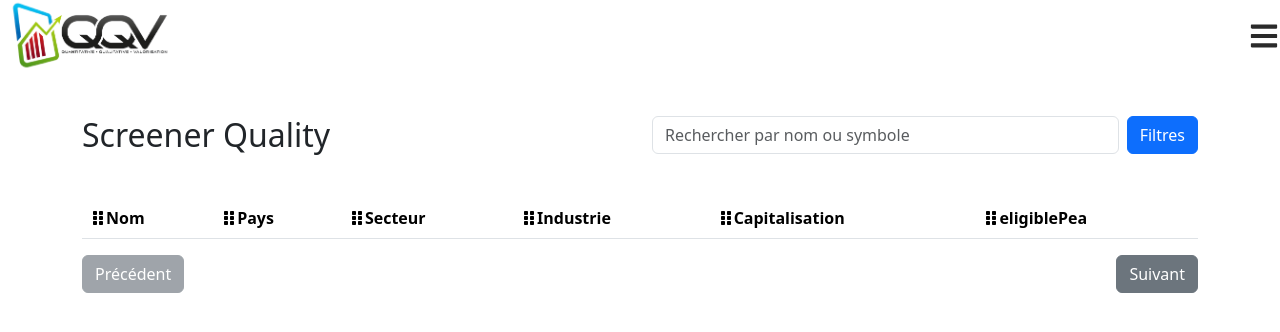
Repository: adamaadev/comeup
Page: / (app in admin/)
The author's editor kept a copy of each file at every save. The page is drawn from the files as they stood at one save, then again after the next save.
The browser window is 1280 px wide. The pictures show the whole page.
The page's requests for data from a server got no answer. The project was rebuilt for these pictures with package versions that can differ from the ones it lists, and the page was loaded fresh each time. No one was signed in, and anything a server would have sent is missing. Also part of the build but not shown: admin/src/pages/Auth/Login.js, admin/src/pages/Home/Watchlist.js, admin/src/pages/Home/Prix.js, admin/src/pages/Home/Douve.js, admin/src/pages/Home/Scenario.js, admin/src/pages/Services/Questions.js, admin/src/pages/Home/Analyse.js, admin/src/pages/Home/Foire.js and 9 more.

Above is the page before, as saved 2024-09-09 18:46:25.

### admin/public/index.html
<!DOCTYPE html>
<html lang="en">
  <head>
    <meta charset="utf-8" />
    <link rel="icon" href="%PUBLIC_URL%/favicon.ico" />
    <meta name="viewport" content="width=device-width, initial-scale=1" />
    <meta name="theme-color" content="#000000" />
    <meta
      name="description"
      content="Web site created using create-react-app"
    />
    <link rel="apple-touch-icon" href="%PUBLIC_URL%/logo192.png" />
    <link href='https://cdn.jsdelivr.net/npm/boxicons@2.0.9/css/boxicons.min.css' rel='stylesheet'>

    <!--
      manifest.json provides metadata used when your web app is installed on a
      user's mobile device or desktop. See https://developers.google.com/web/fundamentals/web-app-manifest/
    -->
    <link rel="manifest" href="%PUBLIC_URL%/manifest.json" />
    <!--
      Notice the use of %PUBLIC_URL% in the tags above.
      It will be replaced with the URL of the `public` folder during the build.
      Only files inside the `public` folder can be referenced from the HTML.

      Unlike "/favicon.ico" or "favicon.ico", "%PUBLIC_URL%/favicon.ico" will
      work correctly both with client-side routing and a non-root public URL.
      Learn how to configure a non-root public URL by running `npm run build`.
    -->
    <title>React App</title>
  </head>
  <body>
    <noscript>You need to enable JavaScript to run this app.</noscript>
    <div id="root"></div>
    <!--
      This HTML file is a template.
      If you open it directly in the browser, you will see an empty page.

      You can add webfonts, meta tags, or analytics to this file.
      The build step will place the bundled scripts into the <body> tag.

      To begin the development, run `npm start` or `yarn start`.
      To create a production bundle, use `npm run build` or `yarn build`.
    -->
  </body>
</html>

### admin/src/index.js
import React from 'react';
import App from './App';
import './pages/style/index.css';
import ReactDOM from 'react-dom/client';
import 'bootstrap/dist/css/bootstrap.min.css';

const root = ReactDOM.createRoot(document.getElementById('root'));
root.render(
    <App />
);

### admin/src/App.js
import React, { useEffect, useState } from 'react'
import axios from 'axios';
import Home from './pages/Home/Home';
import Login from './pages/Auth/Login';
import WatchList from './pages/Home/Watchlist';
import Details from './pages/Home/Details';
import Setting from './pages/Home/Setting';
import Forget from './pages/Auth/Forget';
import Screener from './pages/Home/Screener';
import ResetPassword from './pages/Auth/ResetPassword';
import Signup from './pages/Auth/Signup';
import Gestion from './pages/Home/Gestion';
import { BrowserRouter , Routes , Route , Navigate} from 'react-router-dom';
import Bareme from './pages/Home/Bareme';

export default function App() {
  const [auth, setauth] = useState(false);
  const type = "admin";

  axios.defaults.withCredentials = true;
  useEffect(() => {
    axios.post('http://localhost:4000/',{ type }).then(res => {
      if (res.data.success) {
        setauth(true);
      }
    });
  }, []);

  return (
    <BrowserRouter>
      <Routes>
        <Route path='/' element = { <Home/> }>
          <Route path='/' element = {<Screener/> }/>
          <Route path='/watchlist' element = {<WatchList/>}/>
          <Route path='/gestion' element = {<Gestion/>}/>
          <Route path='/details/:symbol' element = {<Details/>}/>
          <Route path='/compte' element = {<Setting/>}/>
          <Route path='/bareme' element={<Bareme/>}/>
        </Route>
        <Route path='/forget' element = {auth ? <Navigate to="/" /> : <Forget/>}/>
        <Route path='/reset-password/:token' element = {auth ? <Navigate to="/" /> : <ResetPassword/>}/>
        <Route path='/login' element = {auth ? <Navigate to="/" /> :<Login />}/>
        <Route path='*' element = { auth ? <Navigate to="/" /> : <Login />}/>
        <Route path='/signup' element = { auth ? <Navigate to="/" /> : <Signup />}/>
      </Routes>
    </BrowserRouter>
  )
}

### admin/src/pages/style/index.css
.active{
    color: red;
}

  .table th {
    height: 60px; /* Hauteur fixe pour les th */
  }

  @media (max-width: 768px) {
    .table-responsive {
      overflow-x: auto;
    }

    .table th, .table td {
      font-size: 14px;
      height: auto;
    }

    .company-logo {
      width: 40px;
      height: 40px;
    }
  }
  .text-center {
    text-align: center;
  }

  .symbol{
    font-weight: bold;
  }

.kilo{
    display: inline-block;
  }

  .sidebar {
    transform: translateX(100%);
    transition: transform 0.3s ease-in-out;
  }

  .sidebar.open {
    transform: translateX(0);
  }

  .header-shadow {
    box-shadow: 0 2px 4px rgba(0,0,0,.1);
  }

  header{
    width: 100% !important;
  }

  .company-logo {
    width: 50px;
    height: 50px;
  }

  .nav-link {
    color: #6c757d; /* Couleur des onglets inactifs */
    font-weight: bold;
  }

  .nav-link.active {
    color: #007bff; /* Couleur de l'onglet actif */
    border-bottom: 3px solid #007bff; /* Soulignement bleu pour l'onglet actif */
  }

  .nav-link:hover {
    color: #0056b3; /* Changement de couleur au survol */
  }

  button.btn {
    display: flex;
    align-items: center;
    gap: 5px;
  }
  .container {
    .company-name {
      font-size: 1.5rem;
      font-weight: bold;
    }
    .stock-price {
      font-size: 1.2rem;
      color: #666;
    }
    .nav-tabs {
      border-bottom: 2px solid #dee2e6;
      .nav-link {
        color: #000;
        &.active {
          font-weight: bold;
          color: #007bff;
          border-bottom: 3px solid #007bff;
        }
      }
    }
    .chart-section {
      width: 70%;
      padding-right: 20px;
    }
    .info-section {
      width: 30%;
      background-color: #f8f9fa;
      padding: 20px;
      height: max-content;
      border-radius: 5px;
    }
  }

  .chart-container {
    position: relative;
    display: flex;
    flex-direction: column;
    align-items: center;
  }

  .chart-wrapper {
    position: relative;
    width: 100%;
    height: 400px;
  }

  .logo-overlay {
    position: absolute;
    top: 50%;
    left: 50%;
    width: 150px;
    height: 150px;
    transform: translate(-50%, -50%);
    pointer-events: none;
  }

  .grid-container {
    display: flex;
    flex-wrap: wrap;
    gap: 20px; /* Espacement entre les colonnes */
  }

  .grid-container ul {
    list-style-type: none;
    padding: 0;
    margin: 0;
    width: 45%; /* Chaque liste prendra environ la moitié de la largeur */
  }

  .grid-container h2 {
    width: 100%; /* Les titres prendront toute la largeur */
  }

  li {
    margin-bottom: 10px; /* Espacement entre les éléments */
  }

### admin/src/pages/Home/Home.js
import { useState, useEffect } from 'react';
import axios from 'axios';
import logo from '../Assets/logo.jpg';
import { Link, NavLink, Outlet, useNavigate } from 'react-router-dom';
import { FaChevronDown, FaChevronUp, FaBars, FaTimes } from 'react-icons/fa';

export default function Home() {
  const type = "admin";
  const navigate = useNavigate();
  const [name, setName] = useState('');
  const [isMenuOpen, setIsMenuOpen] = useState(false);
  const [isSidebarOpen, setIsSidebarOpen] = useState(false);
  const [hasScrolled, setHasScrolled] = useState(false);

  useEffect(() => {
    axios.post('http://localhost:4000/', { type })
      .then(res => {
        setName(res.data.username);
        if (!res.data.success) {
          navigate('/login');
        }
      });
  }, [navigate]);

  useEffect(() => {
    const handleScroll = () => {
      if (window.scrollY > 0) {
        setHasScrolled(true);
      } else {
        setHasScrolled(false);
      }
    };

    window.addEventListener('scroll', handleScroll);
    return () => {
      window.removeEventListener('scroll', handleScroll);
    };
  }, []);

  const handleLogout = () => {
    axios.post('http://localhost:4000/logout', { type })
      .then(res => {
        if (res.data.success) {
          window.location.reload(true);
        }
      });
  };

  return (
    <div className="d-flex">
      <div className="flex-grow-1 p-3">
        <header className={`d-flex justify-content-between align-items-center py-3 ${hasScrolled ? 'header-shadow' : ''}`} style={{ position: 'fixed', top: 0, left: 0, width: '100%', height: "10%", backgroundColor: '#fff', zIndex: 1000 }}>
          <NavLink to="/" style={{ textDecoration: 'none' }}>
            <img src={logo} style={{ maxWidth: '180px', maxHeight: '180px', display: 'block', margin: '0 auto' }} alt="Logo" />
          </NavLink>
          <button onClick={() => setIsSidebarOpen(!isSidebarOpen)} className="btn btn-link p-0 d-flex align-items-center">
            <FaBars color='#2a2a2a' size={30} />
          </button>
        </header>
        <div style={{ marginTop: '100px' }}>
          <Outlet />
        </div>
      </div>
      {isSidebarOpen && (
        <aside className={`bg-light border-start p-3 position-fixed top-0 end-0 vh-100 sidebar ${isSidebarOpen ? 'open' : ''}`} style={{ minWidth: '250px', zIndex: '1000' }}>
          <button onClick={() => setIsSidebarOpen(false)} className="btn btn-link p-0 position-absolute top-0 end-0 m-3">
            <FaTimes size={30} />
          </button>
          <nav className="d-flex flex-column mt-5">
            <NavLink to={'/watchlist'} style={{ textDecoration: 'none' }} className="mb-3">Watchlist</NavLink>
            <NavLink to={'/bareme'} style={{ textDecoration: 'none' }} className="mb-3">Bareme</NavLink>
            <NavLink to={'/gestion'} style={{ textDecoration: 'none' }} className="mb-3">Emails Clients</NavLink>
            <NavLink to={'/compte'} style={{ textDecoration: 'none' }} className="mb-3">Compte</NavLink>
            <Link onClick={handleLogout} style={{ textDecoration: 'none' }} className="mb-3">Se deconnecter</Link>
          </nav>
        </aside>
      )}
    </div>
  );
}

### admin/src/pages/Home/Screener.js
import React, { useState, useEffect } from 'react';
import axios from 'axios';
import { Modal, Button } from 'react-bootstrap';
import { DragDropContext, Droppable, Draggable } from 'react-beautiful-dnd';
import { FaGripVertical } from 'react-icons/fa';

export default function Watchlist() {
  const [infos, setInfos] = useState([]);
  const [query, setQuery] = useState('');
  const [currentPage, setCurrentPage] = useState(1);
  const [showModal, setShowModal] = useState(false);
  const [filters, setFilters] = useState([{ filterType: '', selectedOption: '', min: '', max: '' }]);
  const [columns, setColumns] = useState(['Name', 'pays', 'secteur', 'industrie', 'Capitalisation']);
  const [filteredInfos, setFilteredInfos] = useState([]);
  const [secondSelectChanged, setSecondSelectChanged] = useState(false);
  const itemsPerPage = 20;

  const handleDragEnd = (result) => {
    if (!result.destination) return;

    const updatedColumns = Array.from(columns);
    const [removed] = updatedColumns.splice(result.source.index, 1);
    updatedColumns.splice(result.destination.index, 0, removed);

    setColumns(updatedColumns);
    // Enregistrer l'ordre des colonnes dans le localStorage
    localStorage.setItem('draggedColumns', JSON.stringify(updatedColumns));
  };

  useEffect(() => {
    const savedColumns = localStorage.getItem('draggedColumns');
    if (savedColumns) {
      setColumns(JSON.parse(savedColumns));
    }
  }, []);

  const ratioNames = {
    'exchangeShortName': 'exchange',
    'pays': 'Pays',
    'secteur': 'Secteur',
    'industrie': 'Industrie',
    'buyback_yield': 'Buyback yield',
    'croissance_CA_1_an': 'CA 1 an',
    'croissance_CA_5_ans': 'CA 5 ans',
    'croissance_CA_10_ans': 'CA 10 ans',
    'fcf_1_year': 'FCF 1 an',
    'fcf_5_years': 'FCF 5 ans',
    'fcf_10_years': 'FCF 10 ans',
    'fcf_margin_one_year': 'FCF Margin 1 an',
    'fcf_margin_five_year': 'FCF Margin 5 ans',
    'roce': 'ROCE 1 an',
    'roce_5_year_avg': 'ROCE Moyenne 5 ans',
    'croissance_resultat_net_1_an': 'Résultat Net 1 an',
    'croissance_resultat_net_5_ans': 'Résultat Net 5 ans',
    'piotroski_score': 'Piotroski-Score',
    'ratio_capex_revenu_net': 'Ratio CAPEX/Revenu Net',
    'rachat_net_moyen': 'Rachat Net Moyen',
    'croissance_annualisee': 'Croissance Annualisée',
    'croissance_moyenne': 'Croissance Moyenne',
    'debt_equity': 'Debt-Equity',
    'ratio_payout': 'Payout-Ratio',
    'performance': 'Performance 5 ans',
    'nbreannee': 'Nombre d\'années',
  };

  const handleCloseModal = () => setShowModal(false);
  const getAvailableRatioOptions = (currentFilterIndex) => {
    // Obtenir les ratios déjà sélectionnés dans d'autres filtres
    const selectedRatios = filters
      .map((filter, index) => (index !== currentFilterIndex ? filter.filterType : null))
      .filter(Boolean);

    // Retourner les ratios qui ne sont pas encore sélectionnés
    return Object.keys(ratioNames).filter((ratio) => !selectedRatios.includes(ratio));
  };

  useEffect(() => {
    axios.get('http://localhost:4000/screener')
      .then(res => {
        console.log(res.da);

        const sortedData = res.data.sort((a, b) => b.Capitalisation - a.Capitalisation); // Décroissant
        setInfos(sortedData);
        setFilteredInfos(sortedData); // Initialement, les infos filtrées sont les mêmes que les infos triées
      });
  }, []);

  useEffect(() => {
    const initialColumns = ['Nom', 'pays', 'secteur', 'industrie', 'Capitalisation', 'exchangeShortName','eligiblePea'];
    const newColumns = [
      ...initialColumns.filter(col => col !== 'exchangeShortName'),
      ...filters
        .map(f => f.filterType)
        .filter(f => f && !initialColumns.includes(f))
    ];
    setColumns(newColumns);
  }, [filters]);

  useEffect(() => {
    const applyFilters = () => {
      return infos.filter(info => {
        const matchesQuery =
          info.symbol.toLowerCase().includes(query.toLowerCase());

        const matchesFilters = filters.every(({ filterType, selectedOption, min, max }) => {
          if (!filterType) return true; // Pas de filtre sélectionné

          // Vérifier si le filtre est appliqué à 'eligiblePea'
          if (filterType === 'eligiblePea') {
            return (info[filterType] ? 'Oui' : 'Non') === selectedOption;
          }

          // Filtre pour les champs numériques avec min/max
          if (['buyback_yield', 'fcf_1_year', 'fcf_5_years', 'fcf_10_years', 'fcf_margin_one_year', 'fcf_margin_five_year', 'roce', 'roce_5_year_avg', 'croissance_resultat_net_1_an', 'croissance_resultat_net_5_ans', 'croissance_CA_1_an', 'croissance_CA_5_ans', 'croissance_CA_10_ans', 'croissance_annualisee', 'croissance_moyenne', 'debt_equity', 'ratio_payout', 'performance', 'nbreannee'].includes(filterType)) {
            const value = parseFloat(info[filterType]);
            if (isNaN(value)) return true; // Si la valeur n'est pas un nombre, ignorer les filtres min/max
            if (min && value < parseFloat(min)) return false;
            if (max && value > parseFloat(max)) return false;
            return true;
          }

          // Si aucun selectedOption n'est choisi, ne pas appliquer le filtre
          if (!selectedOption) return true;

          // Filtre pour les autres champs (comme pays, secteur, industrie)
          return info[filterType] === selectedOption;
        });

        return matchesQuery && matchesFilters;
      });
    };

    // Appliquer les filtres à chaque changement
    const filtered = applyFilters();
    const sortedFiltered = filtered.sort((a, b) => b.Capitalisation - a.Capitalisation);
    setFilteredInfos(sortedFiltered);
  }, [filters, query, infos]);

  // Fonction pour gérer la suppression d'un filtre
  const removeFilter = (index) => {
    const newFilters = filters.filter((_, i) => i !== index);
    setFilters(newFilters);
    setSecondSelectChanged(true); // Pour réappliquer les filtres après suppression
  };

  const handleQueryChange = (event) => {
    const newQuery = event.target.value;
    setQuery(newQuery);

    if (newQuery === '') {
      // Si la barre de recherche est vide, réinitialiser les résultats filtrés
      setFilteredInfos(infos);
    } else {
      setSecondSelectChanged(true); // Forcer la réapplication des filtres avec la nouvelle recherche
    }
  };

  const handleFilterChange = (index, field, value) => {
    const newFilters = [...filters];
    newFilters[index][field] = value;

    if (field === 'filterType') {
      newFilters[index].selectedOption = '';
      newFilters[index].min = '';
      newFilters[index].max = '';
      setSecondSelectChanged(false);
    }

    if (field === 'selectedOption' || field === 'min' || field === 'max') {
      setSecondSelectChanged(true);
    }

    setFilters(newFilters);
  };

  const addFilter = () => {
    if (filters.length < 2) {
      setFilters([...filters, { filterType: '', selectedOption: '', min: '', max: '' }]);
    }
  };

  const getFilterOptions = (filterType) => {
    if (!filterType) return [];
    if (filterType === 'eligiblePea') return ['Oui', 'Non'];
    if (['buyback_yield', 'fcf_1_year', 'fcf_5_years', 'fcf_10_years', 'fcf_margin_one_year', 'fcf_margin_five_year', 'roce', 'roce_5_year_avg', 'croissance_resultat_net_1_an', 'croissance_resultat_net_5_ans', 'croissance_CA_1_an', 'croissance_CA_5_ans', 'croissance_CA_10_ans', 'croissance_annualisee', 'croissance_moyenne', 'debt_equity', 'ratio_payout', 'performance', 'nbreannee'].includes(filterType)) {
      return [];
    }
    return [...new Set(infos.map(info => info[filterType]))];
  };

  const indexOfLastItem = currentPage * itemsPerPage;
  const indexOfFirstItem = indexOfLastItem - itemsPerPage;
  const currentItems = filteredInfos.slice(indexOfFirstItem, indexOfLastItem);

  const totalPages = Math.ceil(filteredInfos.length / itemsPerPage);

  const handleNextPage = () => {
    if (currentPage < totalPages) {
      setCurrentPage(prevPage => prevPage + 1);
    }
  };

  const handlePrevPage = () => {
    if (currentPage > 1) {
      setCurrentPage(prevPage => prevPage - 1);
    }
  };

  const formatNumber = (num) => {
    return (num / 1e9).toFixed(3);
  };

  return (
    <section className="container mt-4">
      <div className="row align-items-center mb-4">
        <div className="col-md-6">
          <h2 className="mb-0">Screener Quality</h2>
        </div>
        <div className="col-md-6 d-flex align-items-center">
          <input
            type="text"
            className="form-control me-2"
            placeholder="Rechercher par nom ou symbole"
            value={query}
            onChange={handleQueryChange}
          />
          <Button variant="primary" onClick={() => setShowModal(true)}>
            Filtres
          </Button>
        </div>
      </div>
      <Modal show={showModal} onHide={handleCloseModal}>
        <Modal.Header closeButton>
          <Modal.Title>Ajouter un filtre</Modal.Title>
        </Modal.Header>
        <Modal.Body>
          {filters.map((filter, index) => (
            <div className="row mb-3" key={index}>
              <div className="col-md-4">
                <select
                  className="form-control"
                  value={filter.filterType}
                  onChange={(e) => handleFilterChange(index, 'filterType', e.target.value)}
                >
                  <option value="">Sélectionner un filtre</option>
                  {getAvailableRatioOptions(index).map(type => (
                    <option key={type} value={type}>{ratioNames[type]}</option>
                  ))}
                </select>
              </div>

              <div className="col-md-4">
                {filter.filterType === 'eligiblePea' ? (
                  <select
                    className="form-control"
                    value={filter.selectedOption}
                    onChange={(e) => handleFilterChange(index, 'selectedOption', e.target.value)}
                  >
                    <option value="">Sélectionner une option</option>
                    <option value="Oui">Oui</option>
                    <option value="Non">Non</option>
                  </select>
                ) : (
                  <>
                    {['buyback_yield', 'croissance_CA_1_an', 'croissance_CA_5_ans', 'croissance_CA_10_ans', 'fcf_1_year', 'fcf_5_years', 'fcf_10_years', 'fcf_margin_one_year', 'fcf_margin_five_year', 'roce', 'roce_5_year_avg', 'croissance_resultat_net_1_an', 'croissance_resultat_net_5_ans', 'piotroski_score', 'ratio_capex_revenu_net', 'rachat_net_moyen', 'croissance_annualisee', 'croissance_moyenne', 'debt_equity', 'ratio_payout', 'performance', 'nbreannee'].includes(filter.filterType) ? (
                      <>
                        <input
                          type="number"
                          className="form-control"
                          placeholder="Min"
                          value={filter.min}
                          onChange={(e) => handleFilterChange(index, 'min', e.target.value)}
                        />
                        <input
                          type="number"
                          className="form-control mt-2"
                          placeholder="Max"
                          value={filter.max}
                          onChange={(e) => handleFilterChange(index, 'max', e.target.value)}
                        />
                      </>
                    ) : (
                      <select
                        className="form-control"
                        value={filter.selectedOption}
                        onChange={(e) => handleFilterChange(index, 'selectedOption', e.target.value)}
                      >
                        <option value="">Sélectionner une option</option>
                        {getFilterOptions(filter.filterType).map(option => (
                          <option key={option} value={option}>{option}</option>
                        ))}
                      </select>
                    )}
                  </>
                )}
              </div>
              <div className="col-md-4">
                <button className="btn btn-danger" onClick={() => removeFilter(index)}>
                  X
                </button>
              </div>
            </div>
          ))}
          {filters.length < 2 && (
            <button onClick={addFilter} className='btn btn-primary'>
              Ajouter un filtre
            </button>
          )}
        </Modal.Body>
        <Modal.Footer>
          <Button variant="secondary" onClick={handleCloseModal}>
            Fermer
          </Button>
        </Modal.Footer>
      </Modal>
      <table className="table">
        <DragDropContext onDragEnd={handleDragEnd}>
          <Droppable droppableId="droppable" direction="horizontal">
            {(provided) => (
              <thead ref={provided.innerRef} {...provided.droppableProps}>
                <tr>
                  {columns.map((col, idx) => (
                    <Draggable key={col} draggableId={col} index={idx}>
                      {(provided) => (
                        <th
                          ref={provided.innerRef}
                          {...provided.draggableProps}
                          {...provided.dragHandleProps}
                          style={{ ...provided.draggableProps.style, whiteSpace: 'nowrap' }}
                        >
                          <div className="d-flex align-items-center">
                            <FaGripVertical />
                            {ratioNames[col] || col}
                          </div>
                        </th>
                      )}
                    </Draggable>
                  ))}
                  {provided.placeholder}
                </tr>
              </thead>
            )}
          </Droppable>
        </DragDropContext>

        <tbody>
  {currentItems.map((info, index) => (
    <tr key={index} onClick={() => window.open(`/details/${info.symbol}`, '_blank')} style={{ cursor: 'pointer' }}>
      {columns.map((col, idx) => (
        <td key={idx}>
          {col === 'Nom' ? (
            <div className="d-flex align-items-center">
              {info.logo ? (
                <img src={info.logo} alt={`${info.Name} logo`} width="50" height="50" style={{ display: 'block', marginRight: '10px' }} />
              ) : null}
              <div>
                {info.Nom}
                {info.symbol && info.exchangeShortName && (
                  <div style={{ fontSize: '0.9em' }}>
                    <span>{info.symbol} </span>
                    <span style={{ fontWeight: 'bold' }}> : {info.exchangeShortName}</span>
                  </div>
                )}
              </div>
            </div>
          ) : (
            info[col] !== undefined ? (
              col === 'Capitalisation' && info.Capitalisation ? (
                formatNumber(info.Capitalisation)
              ) : (
                info[col]
              )
            ) : (
              '-'
            )
          )}
        </td>
      ))}
    </tr>
  ))}
</tbody>

      </table>

      <div className="d-flex justify-content-between">
        <button className="btn btn-secondary" onClick={handlePrevPage} disabled={currentPage === 1}>
          Précédent
        </button>
        <button className="btn btn-secondary" onClick={handleNextPage} disabled={currentPage === totalPages}>
          Suivant
        </button>
      </div>
    </section>
  );
}

After the next save:
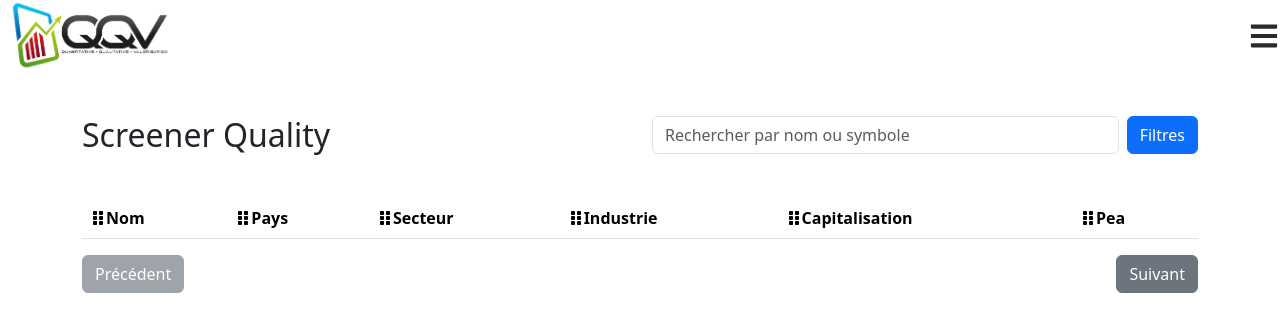
Saved 27 s later.
--- a/admin/src/pages/Home/Screener.js
+++ b/admin/src/pages/Home/Screener.js
@@ -86,7 +86,7 @@ export default function Watchlist() {
   }, []);
 
   useEffect(() => {
-    const initialColumns = ['Nom', 'pays', 'secteur', 'industrie', 'Capitalisation', 'exchangeShortName','eligiblePea'];
+    const initialColumns = ['Nom', 'pays', 'secteur', 'industrie', 'Capitalisation', 'exchangeShortName','Pea'];
     const newColumns = [
       ...initialColumns.filter(col => col !== 'exchangeShortName'),
       ...filters
